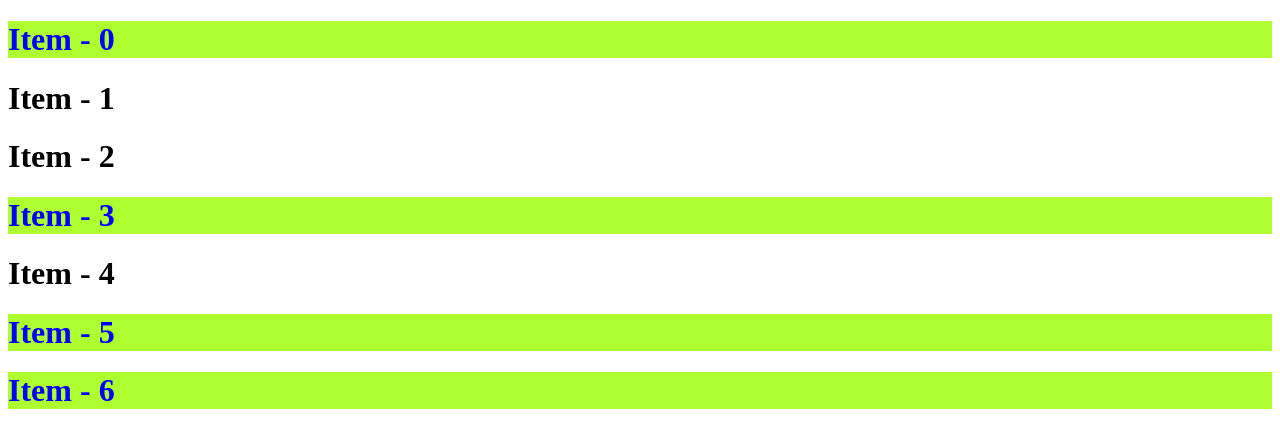
Repository: Migorithm/front_work
Page: front05_JQuery/src/main/webapp/2_function/jq02_filter.html
The author's editor kept a copy of each file at every save. The page is drawn from the files as they stood at one save, then again after the next save.
The browser window is 1280 px wide. The pictures show the whole page.

Above is the page before, as saved 2021-09-03 02:49:37.

After the next save:
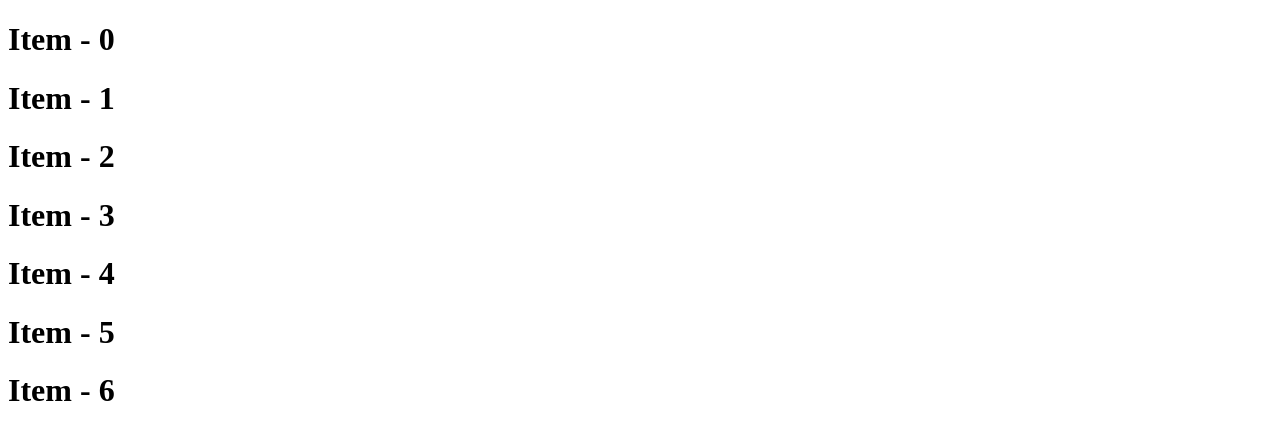
Saved 99 s later.
--- a/front05_JQuery/src/main/webapp/2_function/jq02_filter.html
+++ b/front05_JQuery/src/main/webapp/2_function/jq02_filter.html
@@ -3,7 +3,10 @@
 <head>
 <meta charset="UTF-8">
 <title>Insert title here</title>
-<style type="text/css"></style>
+<style type="text/css">
+	.oddnum{background:"greenyellow";
+			color :'blue'}
+</style>
 </head>
 
 <script src="https://ajax.googleapis.com/ajax/libs/jquery/3.6.0/jquery.min.js"></script>
@@ -12,12 +15,10 @@
 		//filter함수는 동일한 태그들이 있을 때 여러개의 태그 중에서 특정 조건에 부합하는 태그들을 걸래낼 때 사용한다.
 
 		//1.
+		//css({})   css().css()
 		$('h1').filter(function(index){
 			return index % 3 ==0 || index % 5 ==0
-		}).css({
-			background:"greenyellow",
-			color :'blue'
-		})
+		}).addClass("oddnum");
 
 		});
 </script>

After the save that followed:
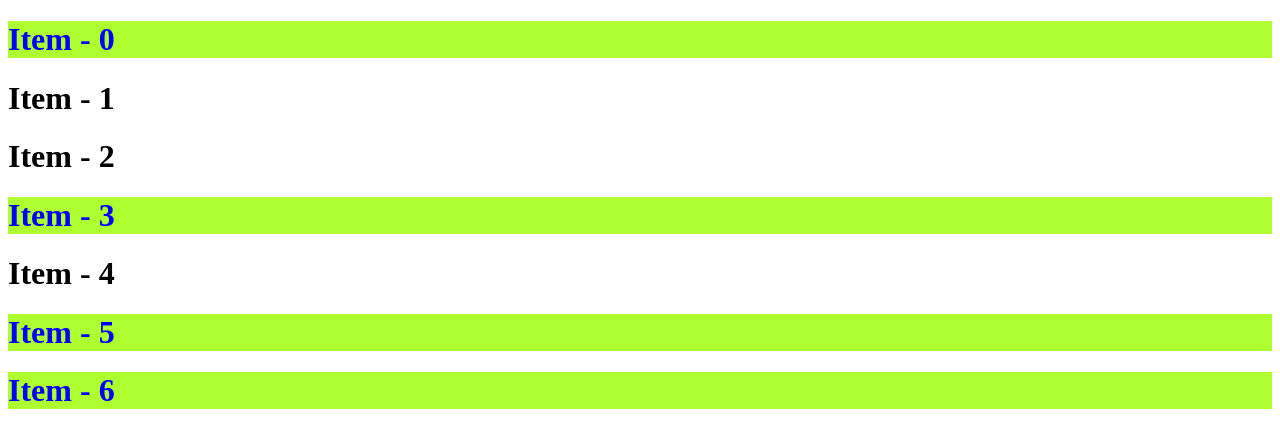
Saved 33 s later.
--- a/front05_JQuery/src/main/webapp/2_function/jq02_filter.html
+++ b/front05_JQuery/src/main/webapp/2_function/jq02_filter.html
@@ -4,8 +4,8 @@
 <meta charset="UTF-8">
 <title>Insert title here</title>
 <style type="text/css">
-	.oddnum{background:"greenyellow";
-			color :'blue'}
+	.oddnum{background:greenyellow;
+			color :blue;}
 </style>
 </head>
 
